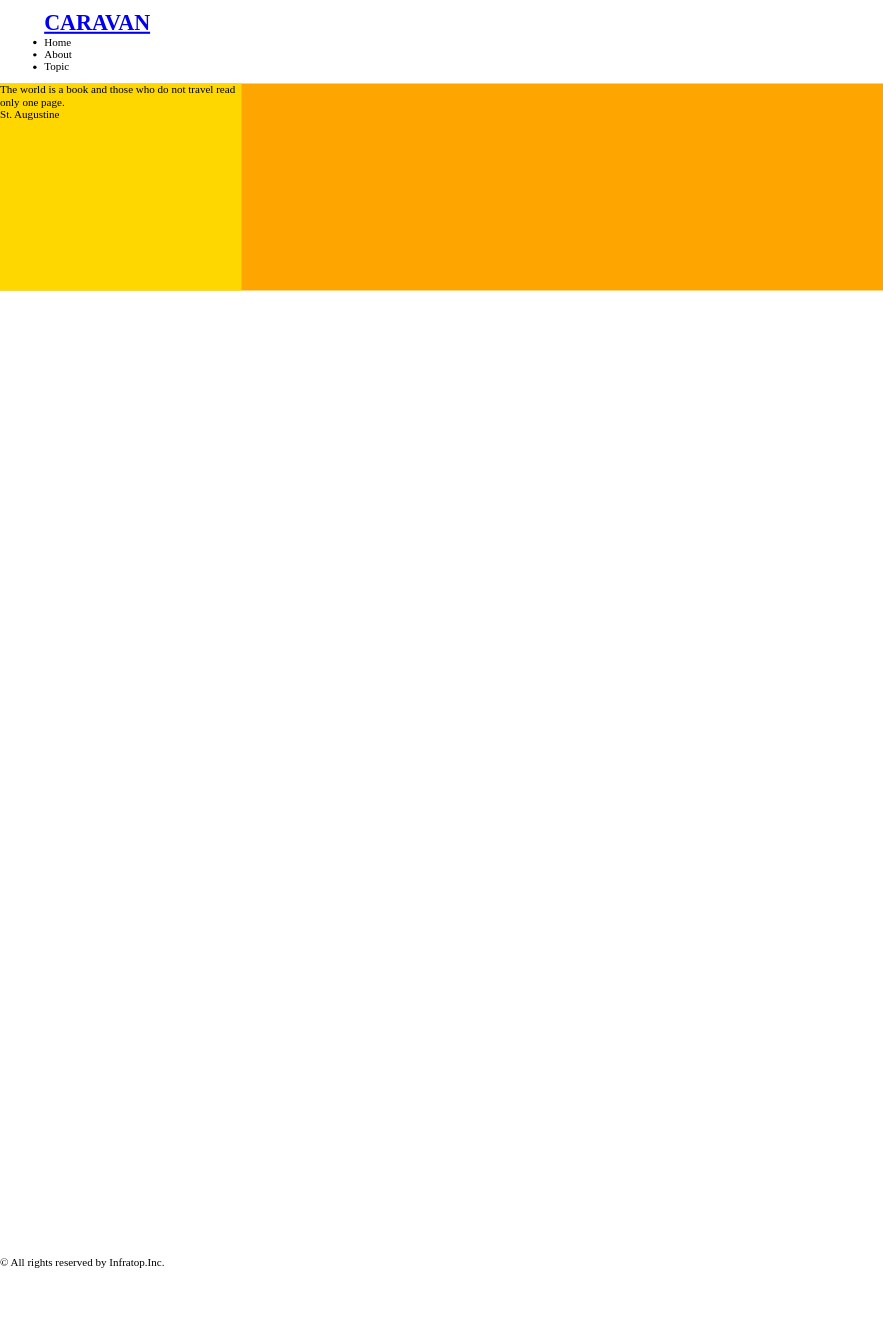
Repository: sutanuki/webcamp
Page: html,css/caravan/index.html
The author's editor kept a record of every edit. The page is drawn from the files as they stood at one moment, then again after the next edit.
The browser window is 1280 px wide. The pictures show the whole page, at 69% of full size.

Above is the page before.

After the next edit:
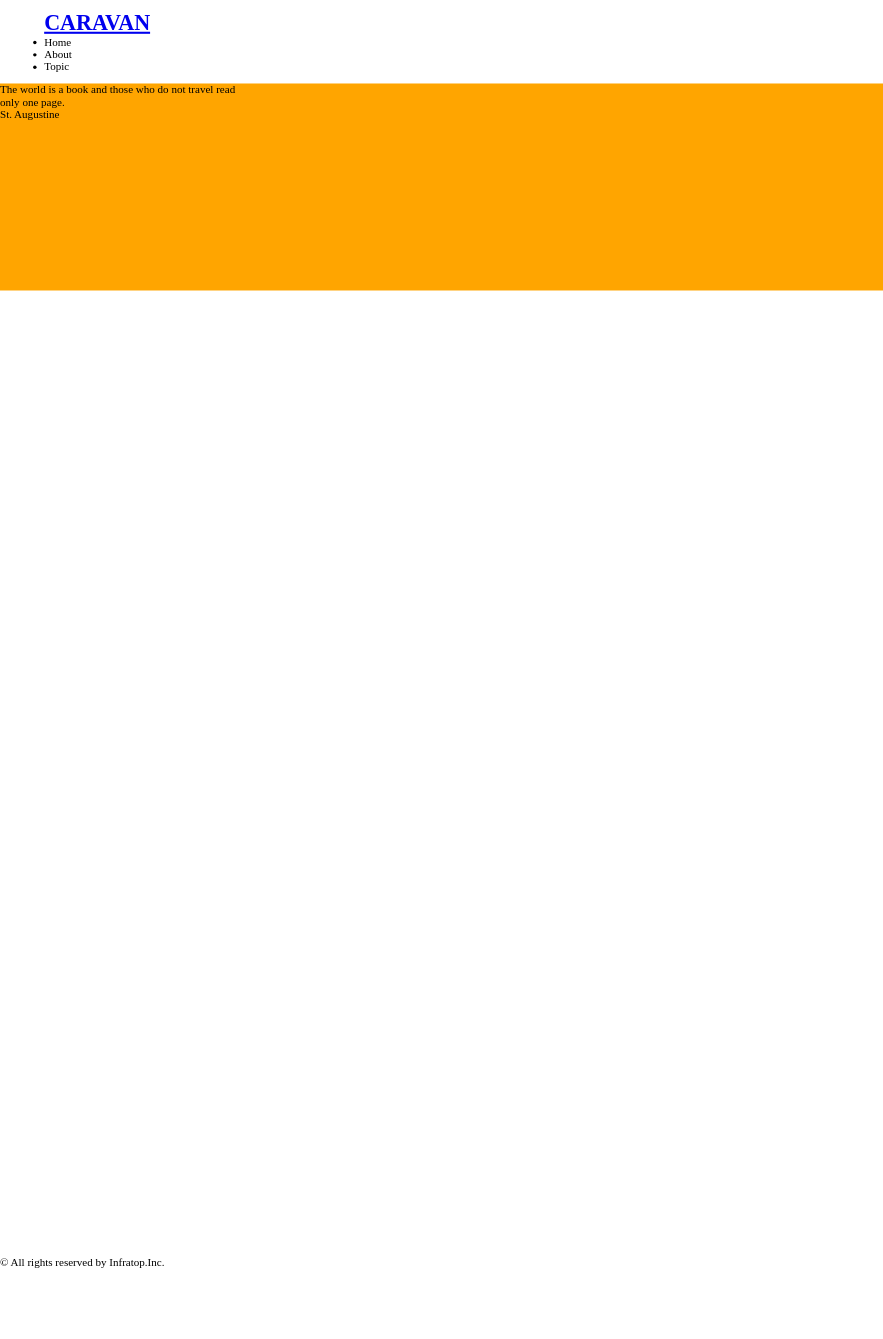
The edit:
--- a/html,css/caravan/style.css
+++ b/html,css/caravan/style.css
@@ -16,7 +16,6 @@
 .main-visual-content {
   width: 350px;
   height: 300px;
-  background-color: gold;
 }
 .main {
   width: 840px;
